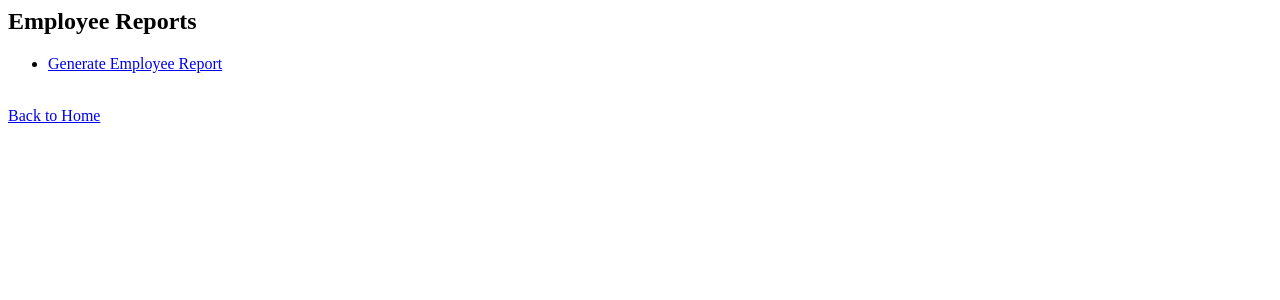
Repository: KUSUMA-74/Advance-JavaProject
Page: http://localhost/EmployeeWebApp/reports.jsp
An editor plug-in stored every save of this project. The page is shown before and after the next save, followed by the edit.
The browser window is 1280 px wide. The pictures show the whole page.
The page is served by Tomcat 9.

Above is the page before, as saved 2025-05-30 05:26:57.

After the next save:
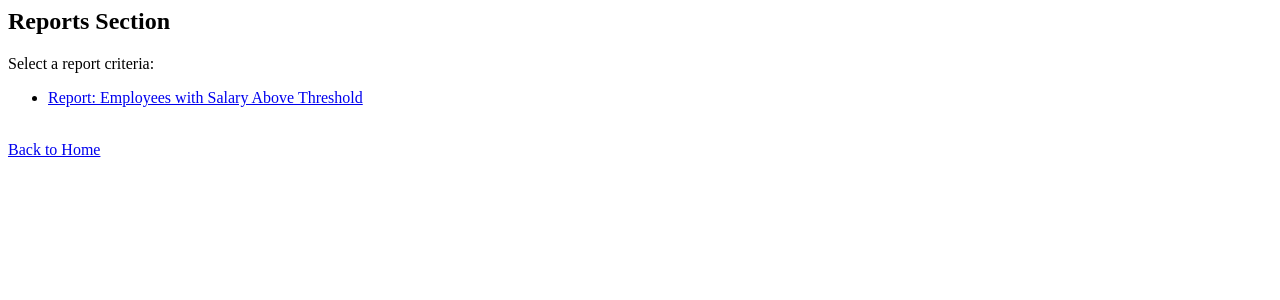
Saved 30 s later.
--- a/EmployeeWebApp/src/main/webapp/reports.jsp
+++ b/EmployeeWebApp/src/main/webapp/reports.jsp
@@ -1,14 +1,13 @@
+<%@ page language="java" contentType="text/html; charset=UTF-8" %>
 <html>
-<head>
-    <title>Employee Reports</title>
-</head>
+<head><title>Employee Reports</title></head>
 <body>
-    <h2>Employee Reports</h2>
+    <h2>Reports Section</h2>
+    <p>Select a report criteria:</p>
     <ul>
-        <li><a href="report_form.jsp">Generate Employee Report</a></li>
-        <!-- You can add more report links here in the future -->
+        <li><a href="report_form.jsp">Report: Employees with Salary Above Threshold</a></li>
     </ul>
-    <br/>
+    <br>
     <a href="index.jsp">Back to Home</a>
 </body>
 </html>
